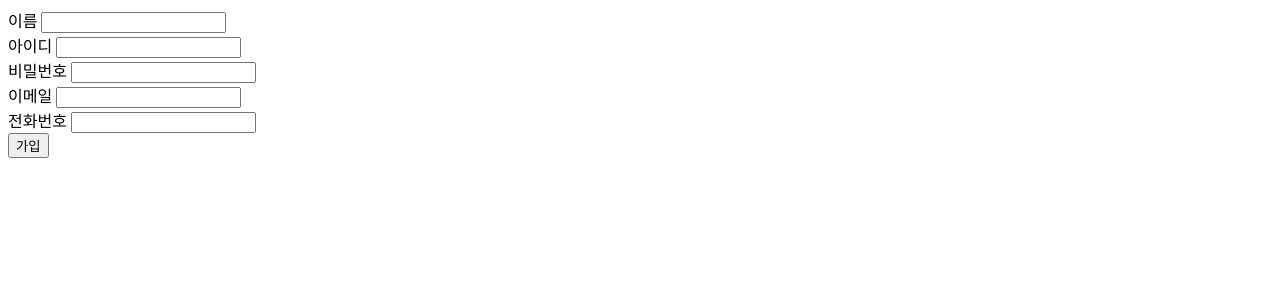
Repository: shinymusket/ideal-memory2
Page: jspWorkSpace/web08/WebContent/joinForm.html
An editor plug-in stored every save of this project. The page is shown before and after the next save, followed by the edit.
The browser window is 1280 px wide. The pictures show the whole page.

Above is the page before, as saved 2022-06-13 04:05:32.

### jspWorkSpace/web08/WebContent/joinForm.html
<!DOCTYPE html>
<html>
<head>
<meta charset="UTF-8">
<title>회원가입</title>
</head>
<body>
	<form action="join_insert.jsp" method="post">
		<label for="name">이름</label>
		<input type="text" id="name" name="name"><br>
		<label for="userid">아이디</label>
		<input type="text" id="userid" name="userid"><br>
		<label for="userpwd">비밀번호</label>
		<input type="password" id="userpwd" name="userpwd"><br>
		<label for="email">이메일</label>
		<input type="email" id="email" name="email"><br>
		<label for="phone">전화번호</label>
		<input type="tel" id="phone" name="phone"><br>
		<input type="submit" value="가입">
	</form>
</body>
</html>

After the next save:
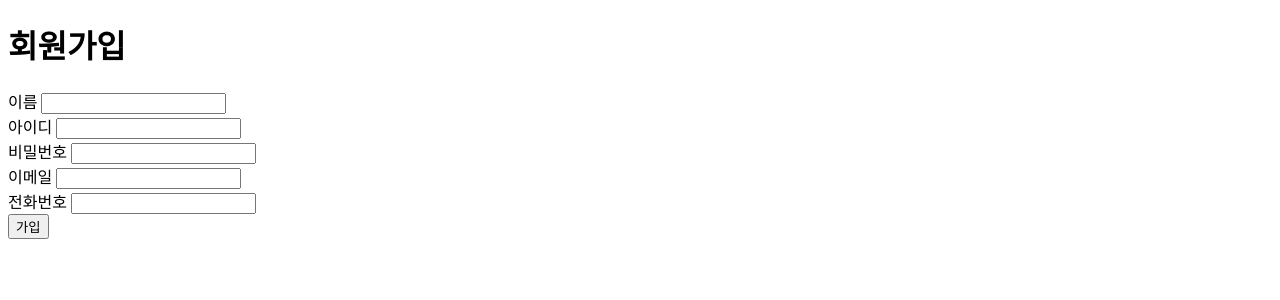
Saved 11 s later.
--- a/jspWorkSpace/web08/WebContent/joinForm.html
+++ b/jspWorkSpace/web08/WebContent/joinForm.html
@@ -5,6 +5,7 @@
 <title>회원가입</title>
 </head>
 <body>
+<h1>회원가입</h1>
 	<form action="join_insert.jsp" method="post">
 		<label for="name">이름</label>
 		<input type="text" id="name" name="name"><br>
